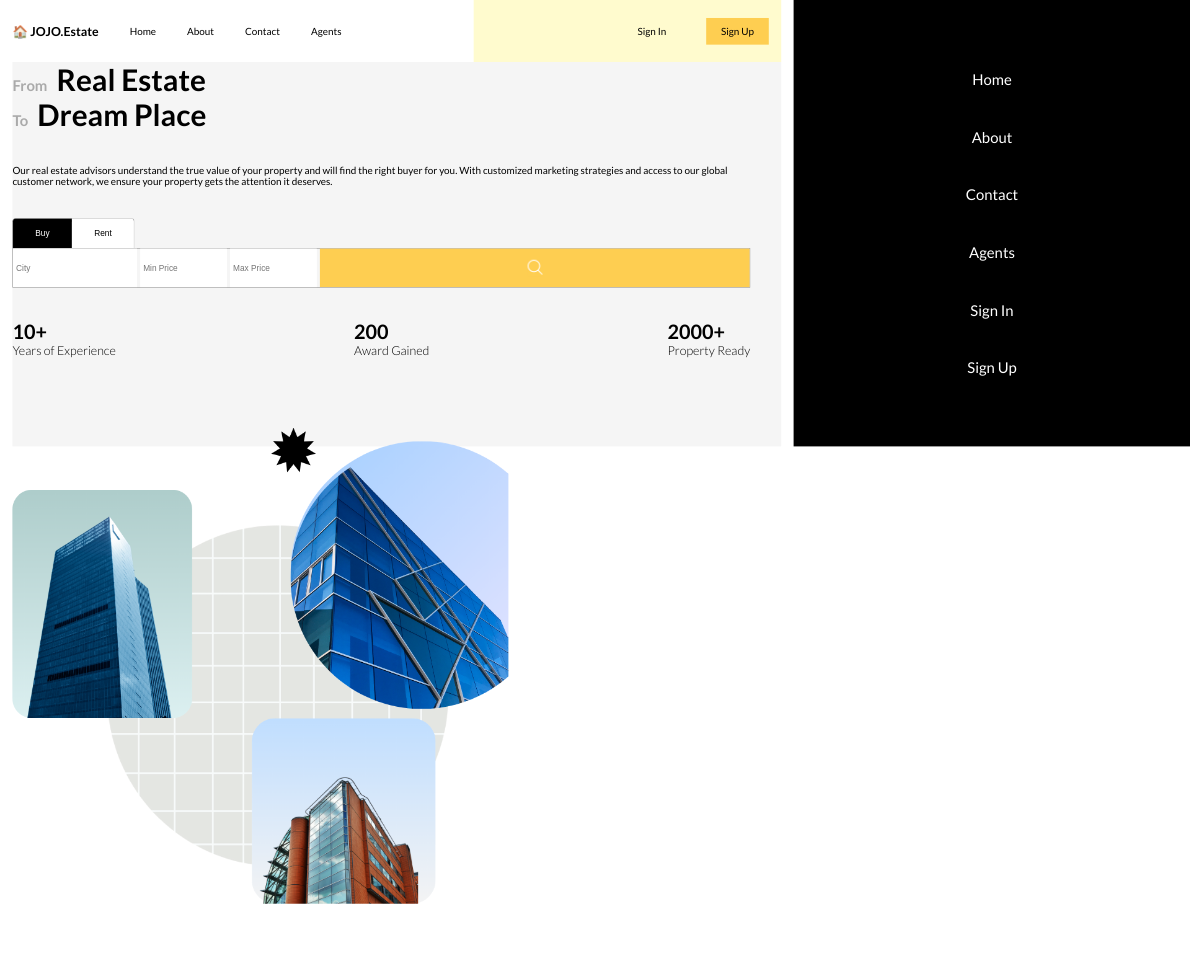
Repository: AiTrinh303/JOJO-estate
Page: /
These files come from the project's save history. The page is drawn as it stood at one moment and after a run of saves; the edit follows.
The browser window is 1280 px wide. The page is 1920 px wide, so the pictures cover 1920 px, including what lies to the right of the window. The pictures show the whole page, at 62% of full size.
The page's requests for data from a server got no answer. The project was rebuilt for these pictures with package versions that can differ from the ones it lists, and the page was loaded fresh each time. No one was signed in, and anything a server would have sent is missing. Also part of the build but not shown: vite.config.js, src/routes/listPage/listPage.scss, src/components/filter/filter.scss, src/components/filter/Filter.jsx, src/components/card/card.scss, src/components/card/Card.jsx, src/components/map/map.scss, src/components/pin/pin.scss and 21 more. Imported but missing from the stored project, and not drawn on this page: src/components/uploadWidget/UploadWidget.

Above is the page before, as saved 2024-08-06 21:35:48.

After the next 2 saves:
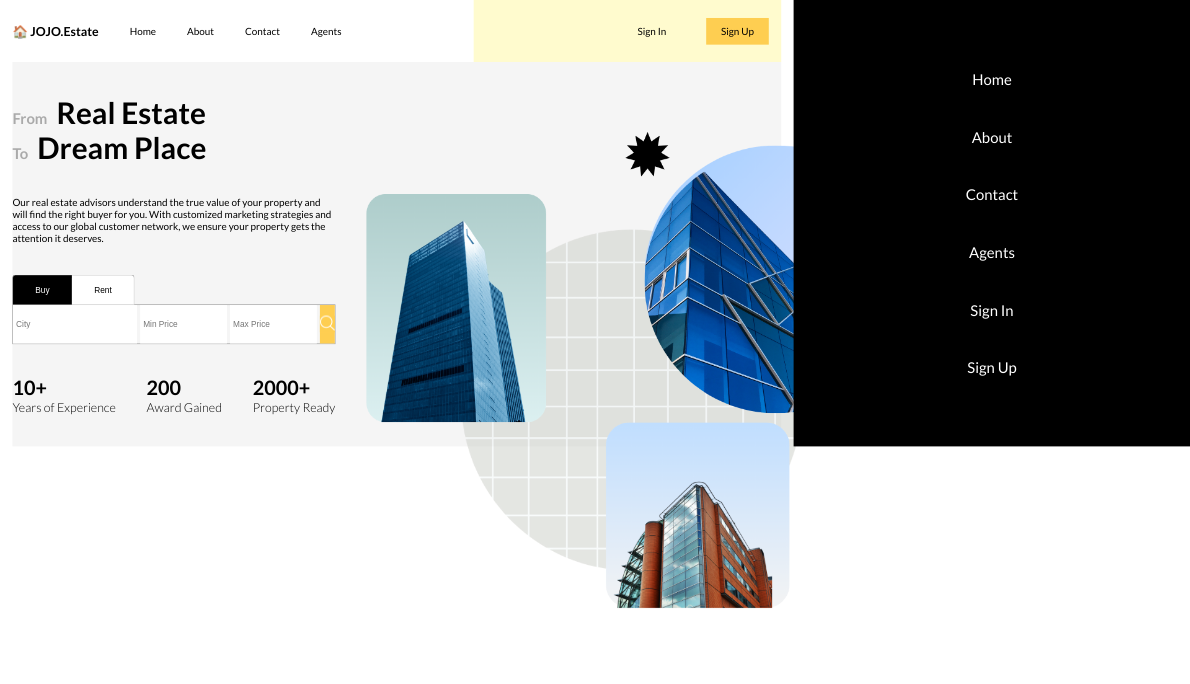
The 2 saves are shown as one change because they came seconds apart.
The last was saved 9 s later.
--- a/src/routes/homePage/homePage.scss
+++ b/src/routes/homePage/homePage.scss
@@ -1,12 +1,12 @@
 @import "../../responsive.scss";
 
 .homePage {
-  // display: flex;
+  display: flex;
   height: 100%;
   background-color: #f5f5f5;
 
   .textContainer {
-    // flex: 3;
+    flex: 3;
 
     .wrapper {
       padding-right: 100px;
